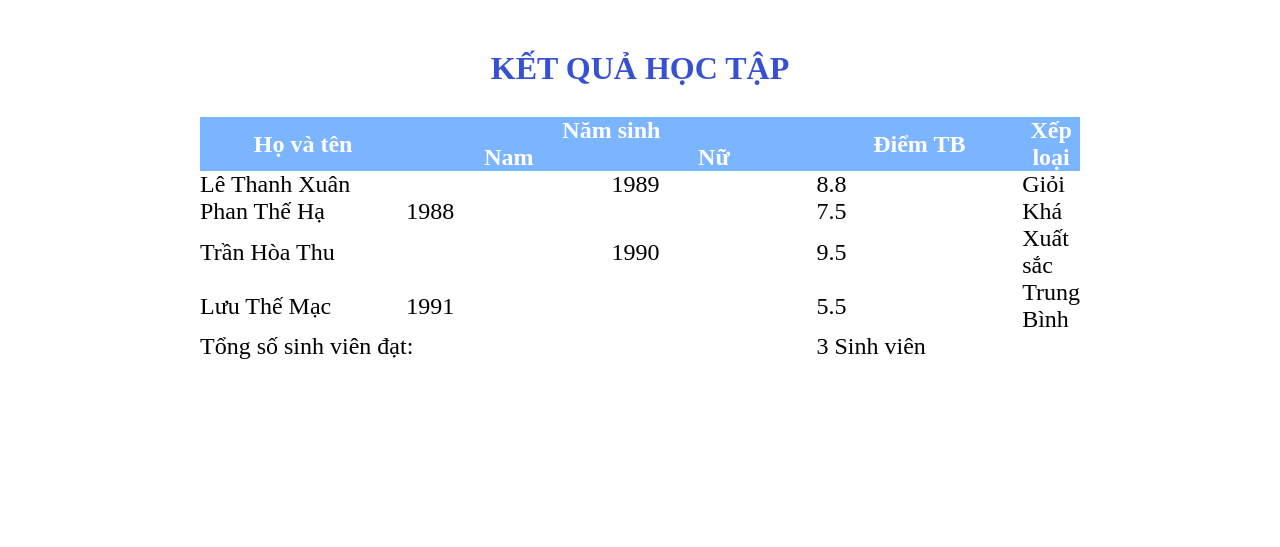
Repository: tuiladev/TKW
Page: Table/index.html
The author's editor kept a copy of each file at every save. The page is drawn from the files as they stood at one save, then again after a run of saves.
The browser window is 1280 px wide. The pictures show the whole page.

Above is the page before, as saved 2022-03-16 14:55:57.

After the next 4 saves:
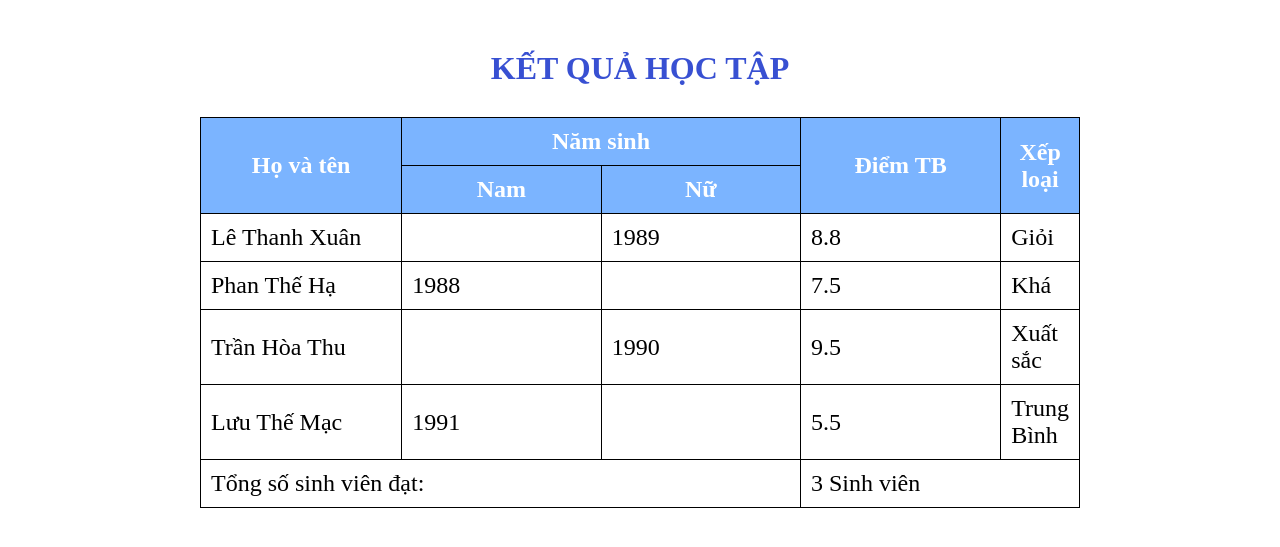
The 4 saves are shown as one change because they came seconds apart.
The last was saved 14 s later.
--- a/Table/index.html
+++ b/Table/index.html
@@ -44,7 +44,9 @@
       thead td {
         width: 25%;
       }
-      tbody tr td:
+      tbody tr td:not(first-child) {
+
+      }
       td {
         padding: 10px;
         border: 1px solid black;
